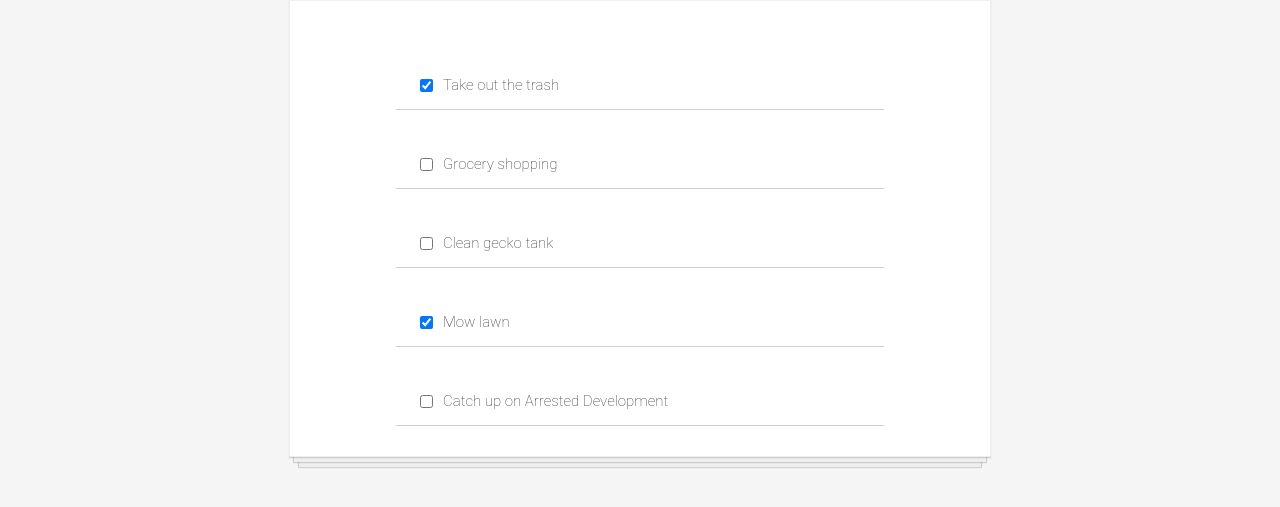
Repository: 0101chaitanya/react-todo
Page: /
An editor plug-in stored every save of this project. The page is shown before and after the next save, followed by the edit.
The browser window is 1280 px wide. The pictures show the whole page.
The project was rebuilt for these pictures with package versions that can differ from the ones it lists, and the page was loaded fresh each time.

Above is the page before, as saved 2021-07-21 22:09:40.

After the next save:
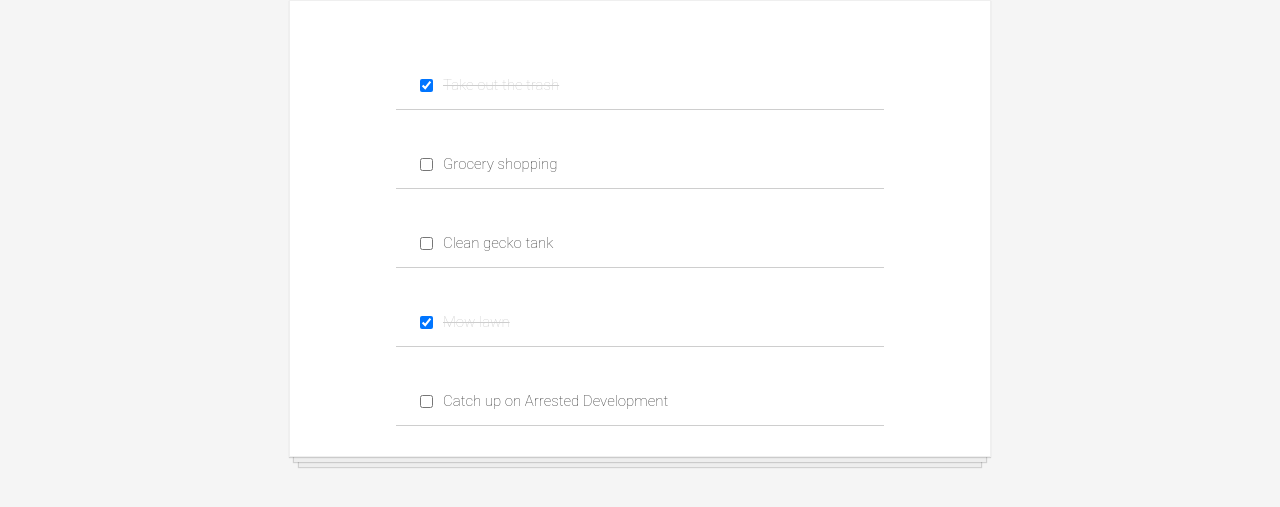
Saved 14 h 8 min later.
--- a/src/components/TodoItem.js
+++ b/src/components/TodoItem.js
@@ -1,6 +1,11 @@
 import React from "react";
 
 function TodoItem(props) {
+  const completedStyle = {
+    fontSize: "italic",
+    color: "#cdcdcd",
+    textDecoration: "line-through",
+  };
   return (
     <div className="todo-item">
       <input
@@ -11,7 +16,9 @@ function TodoItem(props) {
           props.handleChange(props.item.id);
         }}
       />
-      <p>{props.item.text}</p>
+      <p style={props.item.completed ? completedStyle : null}>
+        {props.item.text}
+      </p>
     </div>
   );
 }
